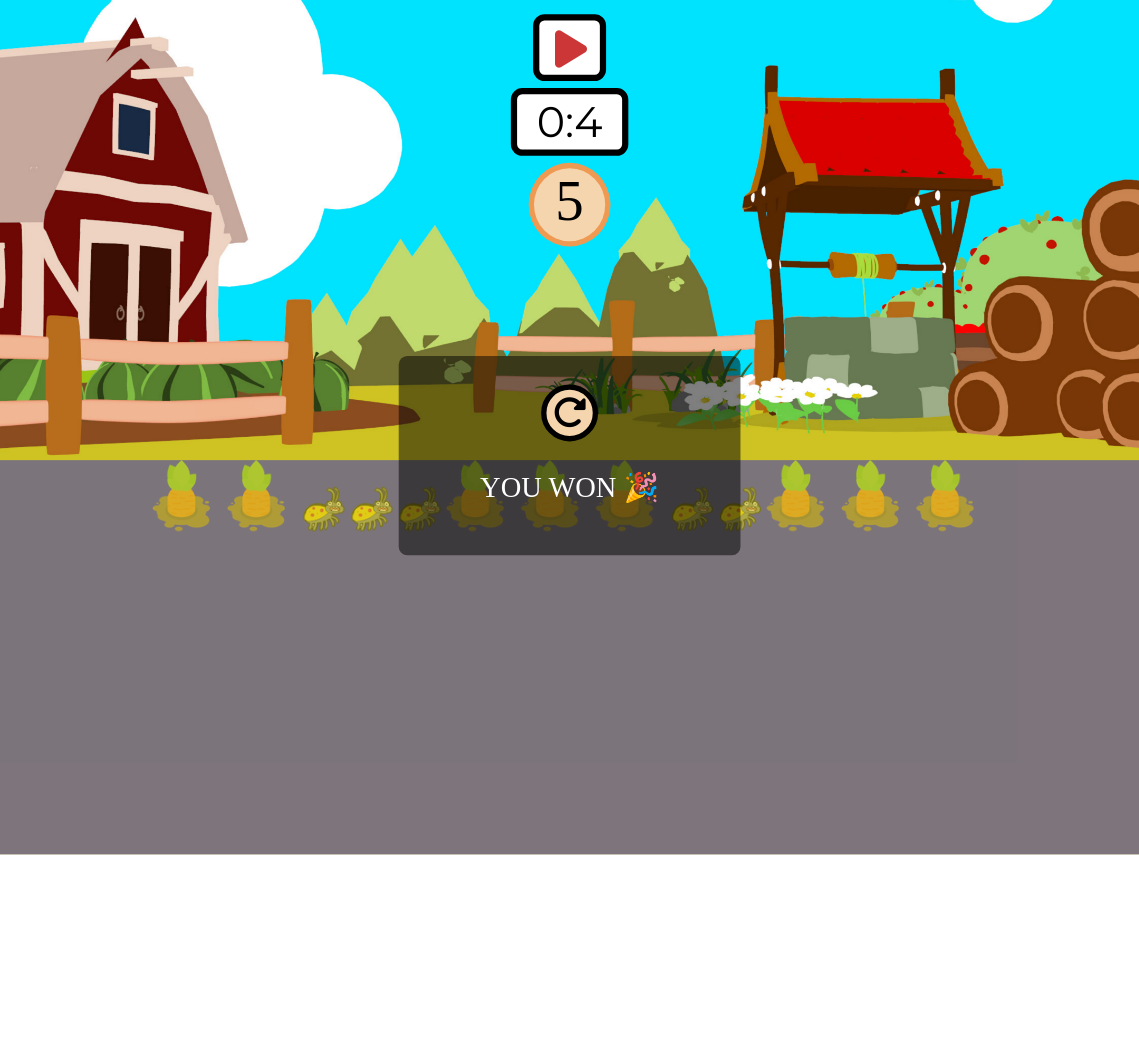
Repository: sephinejo/Mini-carrot-game
Page: index.html
The author's editor kept a copy of each file at every save. The page is drawn from the files as they stood at one save, then again after the next save.
The browser window is 1280 px wide. The pictures show the whole page, at 89% of full size.
Some web fonts or font styles are not loaded; a fallback is used. Some web libraries are served in a nearby version.

Above is the page before, as saved 2023-05-15 09:28:54.

After the next save:
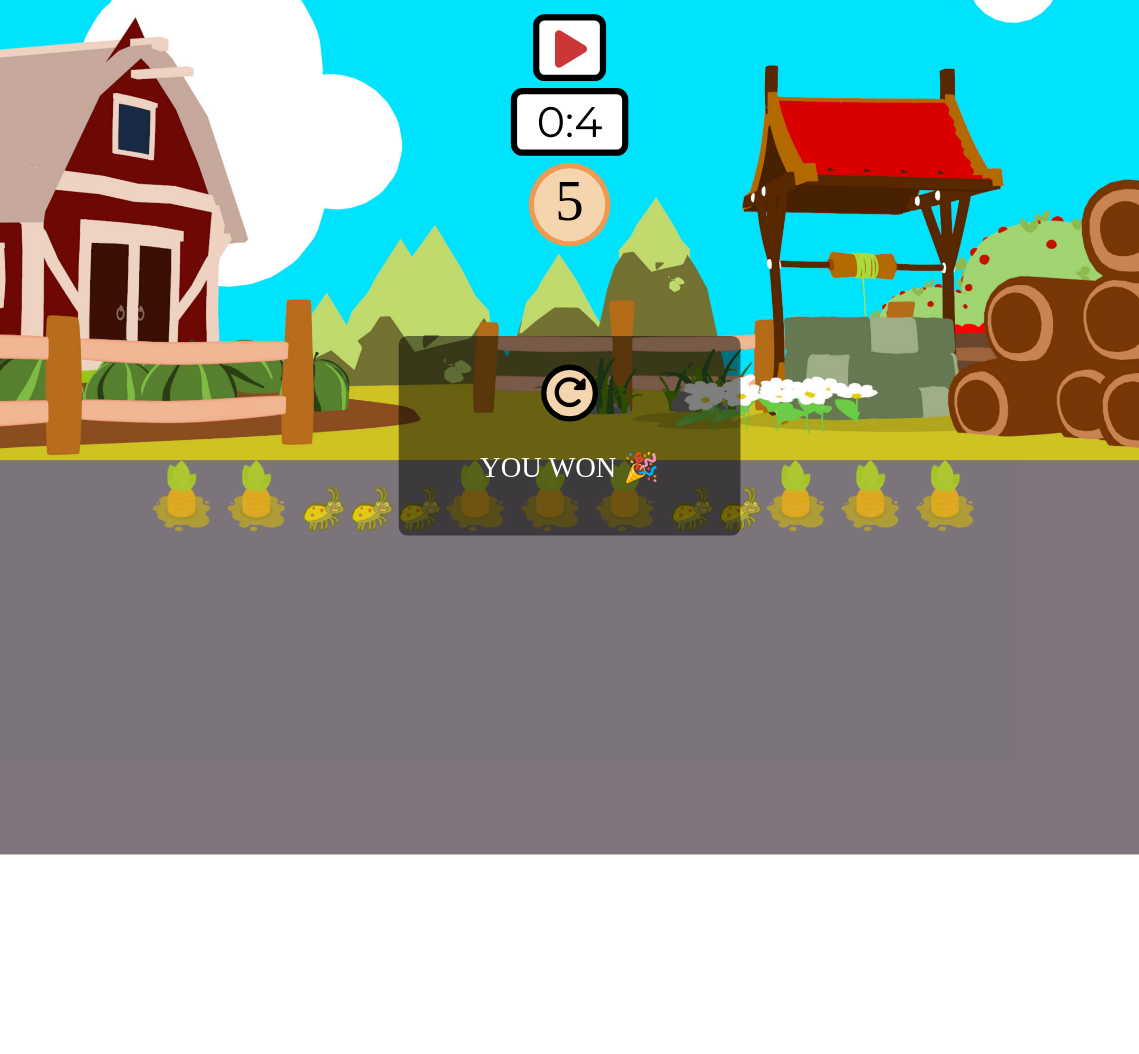
Saved 4 s later.
--- a/style.css
+++ b/style.css
@@ -79,7 +79,7 @@ button {
   text-align: center;
   padding: 2rem;
   margin: auto;
-  transform: translateY(-250%);
+  transform: translateY(-260%);
 }
 
 .pop-up__replay {
